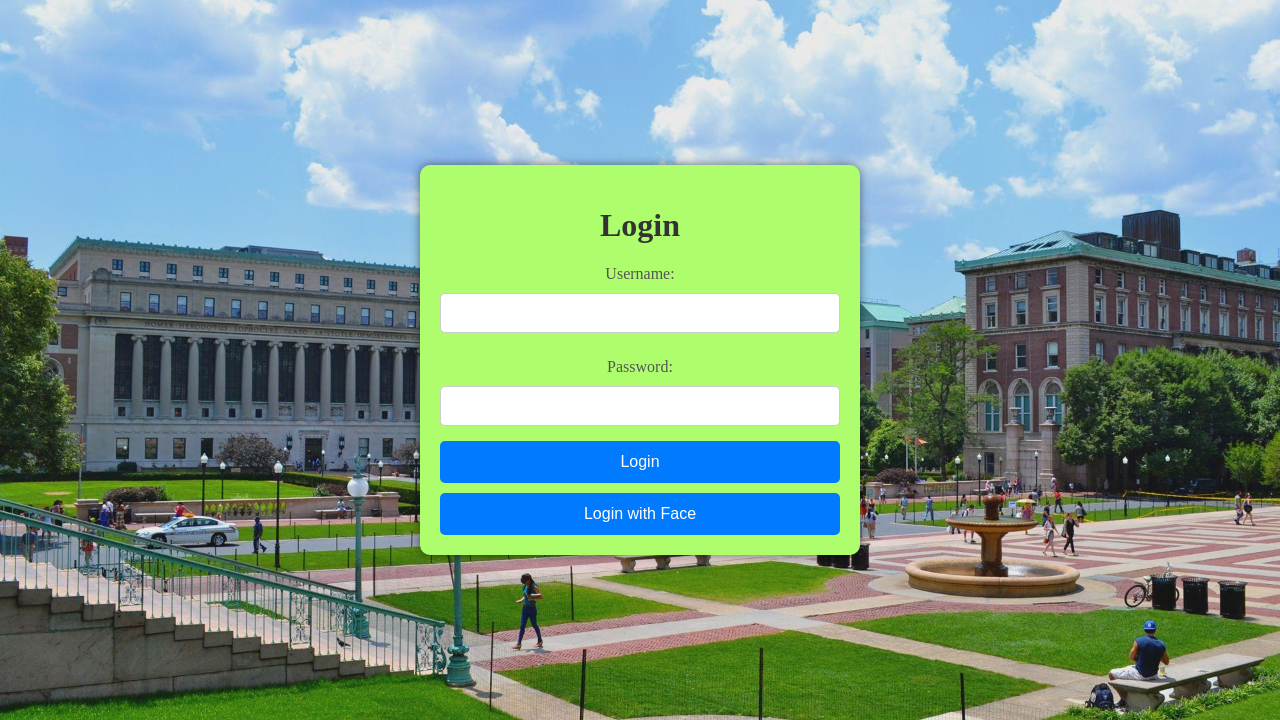
Repository: User-Krishna/Optimized-Exam-Duty-Allocation-With-Smart-Invigilation-Scheduler
Page: http://localhost/MiniProject/login.jsp
These files come from the project's save history. The page is drawn as it stood at one moment and after the next save; the edit follows.
The browser window is 1280 px wide. The pictures show the whole page.
The page is served by Tomcat 10.

Above is the page before, as saved 2024-11-11 08:10:05.

After the next save:
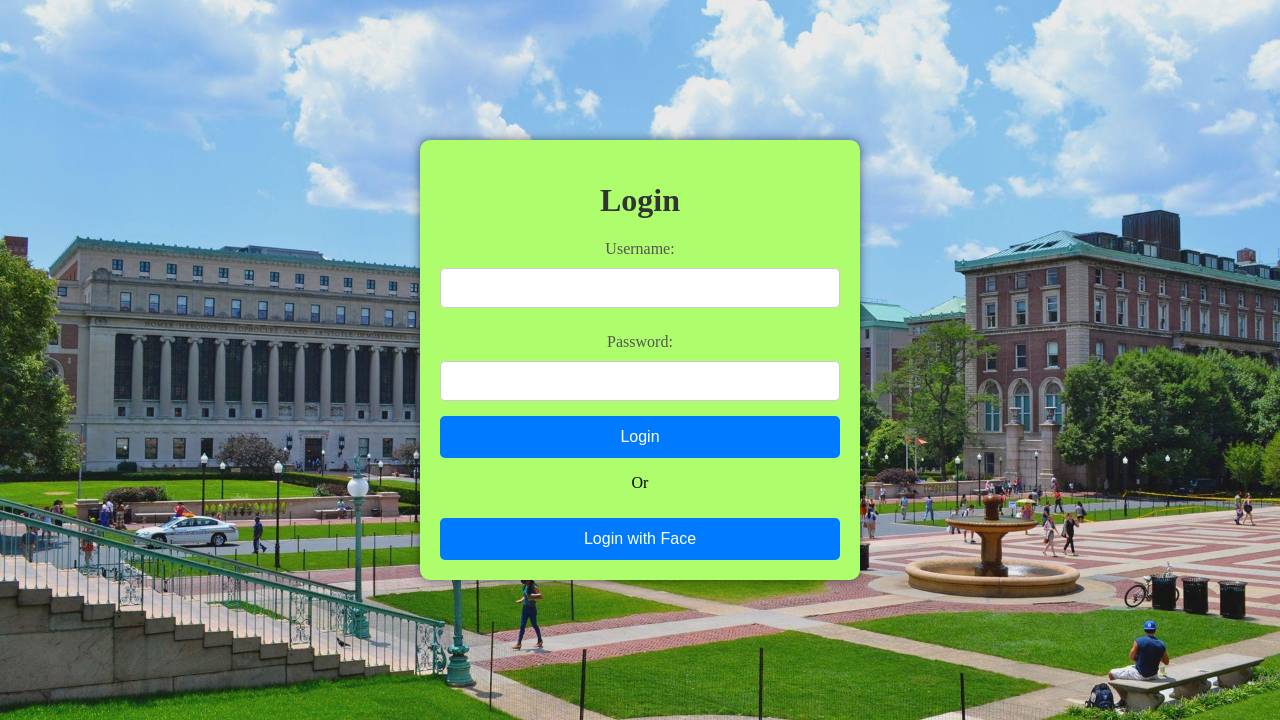
Saved 22 s later.
--- a/MiniProject/src/main/webapp/login.jsp
+++ b/MiniProject/src/main/webapp/login.jsp
@@ -63,7 +63,7 @@
             <input type="password" id="password" name="password" required><br>
             <button type="submit">Login</button>
         </form>
-
+<p>Or<p>
         <!-- New 'Login with Face' button -->
         <form action="FaceLogin.jsp" method="get">
             <button type="submit" style="margin-top: 10px;">Login with Face</button>
